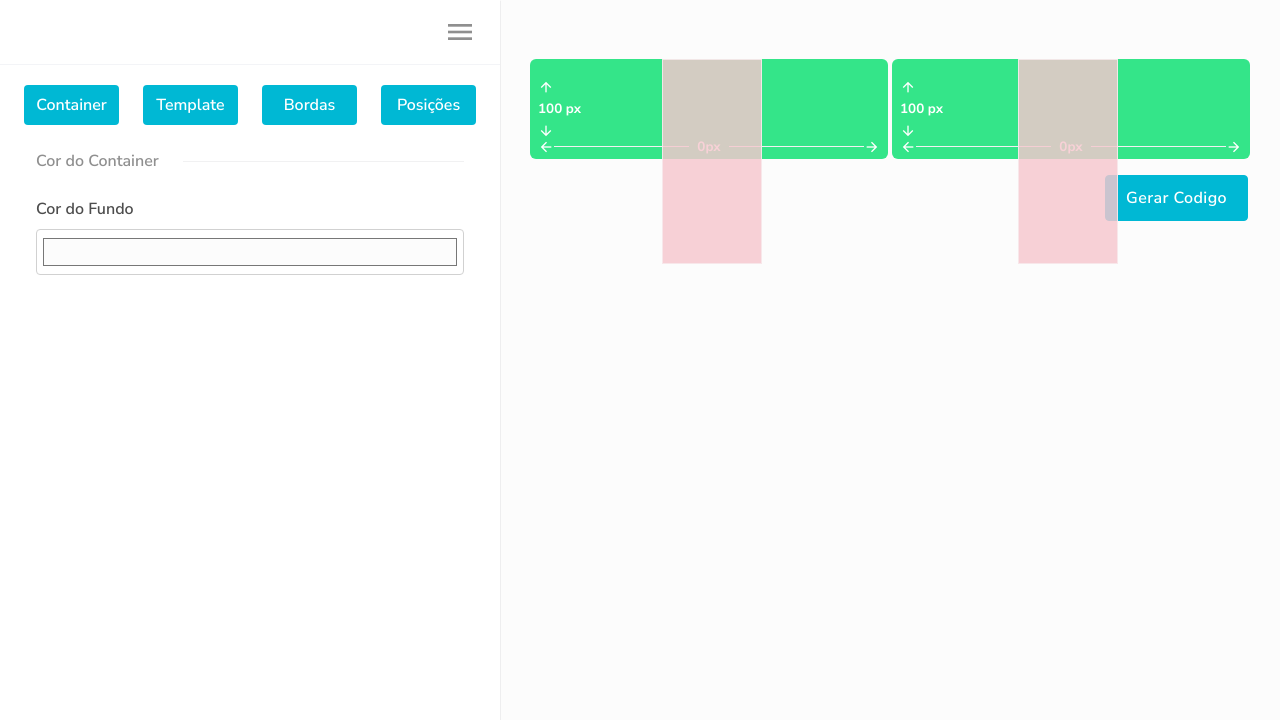
Repository: Flintdl/lowcode-elements
Page: /
These files come from the project's save history. The page is drawn as it stood at one moment and after the next save; the edit follows.
The browser window is 1280 px wide. The pictures show the whole page.
The project was rebuilt for these pictures with package versions that can differ from the ones it lists, and the page was loaded fresh each time. Also part of the build but not shown: vue.config.js.

Above is the page before, as saved 2022-04-06 17:18:01.

After the next save:
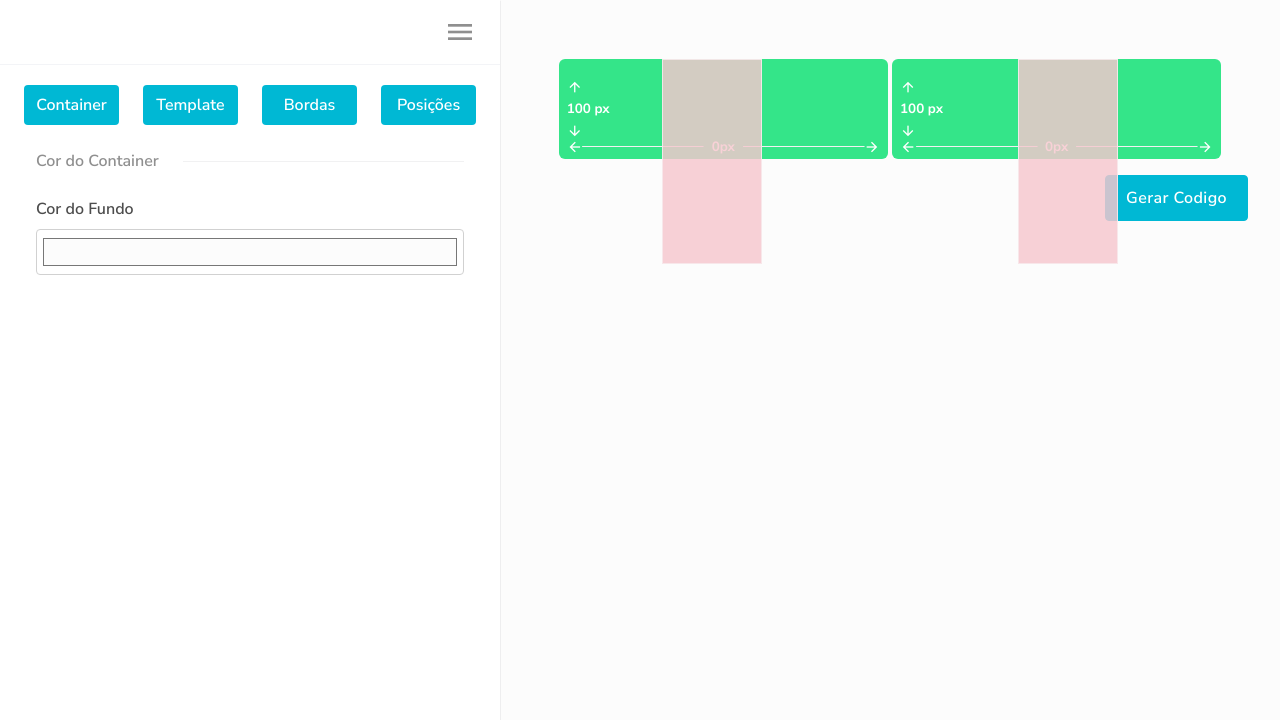
Saved 14 s later.
--- a/src/views/HomeView.vue
+++ b/src/views/HomeView.vue
@@ -137,12 +137,12 @@ export default {
   },
   mounted() {
     this.arroz = this.$refs.previewGrid?.offsetHeight;
-    this.valorRecalculado = this.valor / this.quantidadeLinha;
+    this.valorRecalculado = this.valor / this.quantidadeLinha - this.inputGap;
   },
   created() {
     this.$watch("quantidade", () => {
       this.arroz = this.$refs.previewGrid?.offsetHeight;
-      this.valorRecalculado = this.valor / this.quantidadeLinha;
+      this.valorRecalculado = this.valor / this.quantidadeLinha - this.inputGap;
     });
     this.$watch("quantidadeLinha", () => {
       this.arroz = this.$refs.previewGrid?.offsetHeight;
@@ -150,7 +150,7 @@ export default {
     });
     this.$watch("valor", () => {
       this.arroz = this.$refs.previewGrid?.offsetHeight;
-      this.valorRecalculado = this.valor / this.quantidadeLinha;
+      this.valorRecalculado = this.valor / this.quantidadeLinha - this.inputGap;
     });
   },
   methods: {
